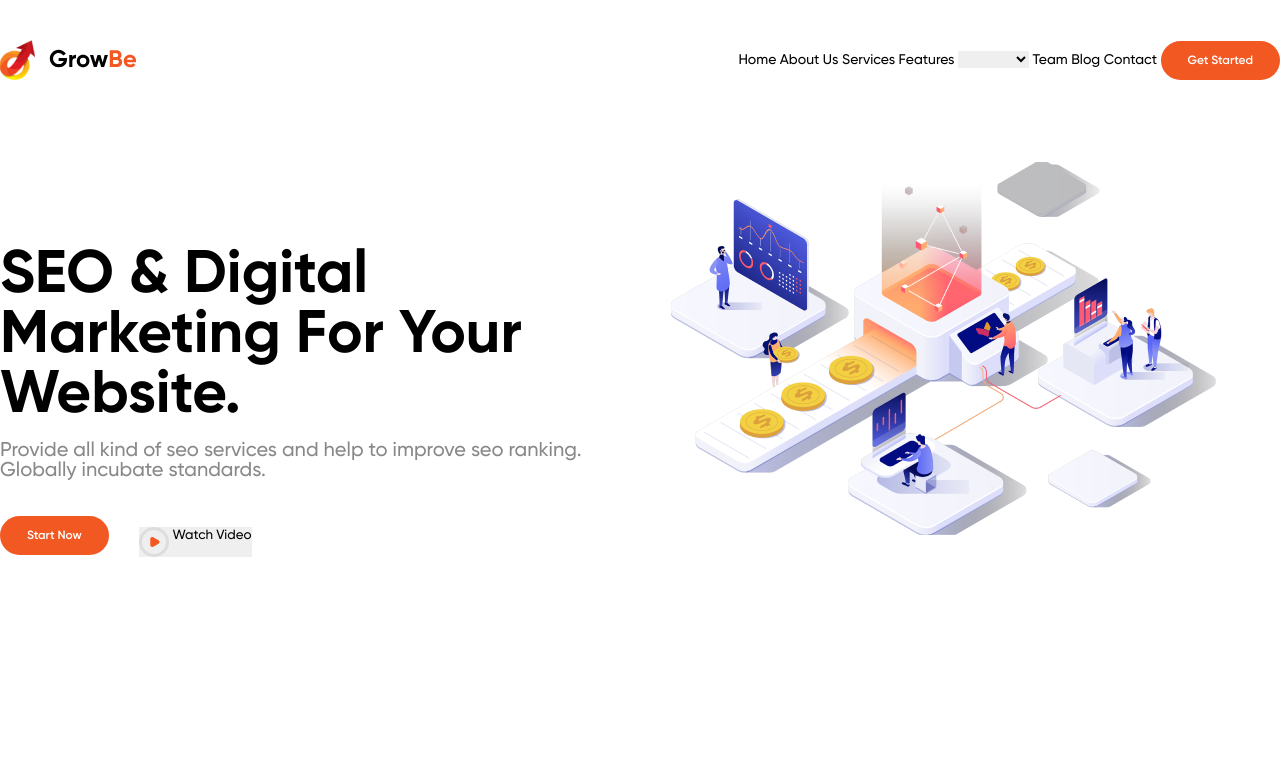
Repository: Alekseiy1980/GrowBe
Page: index.html
An editor plug-in stored every save of this project. The page is shown before and after the next save, followed by the edit.
The browser window is 1280 px wide. The pictures show the whole page.

Above is the page before, as saved 2024-01-20 13:41:53.

After the next save:
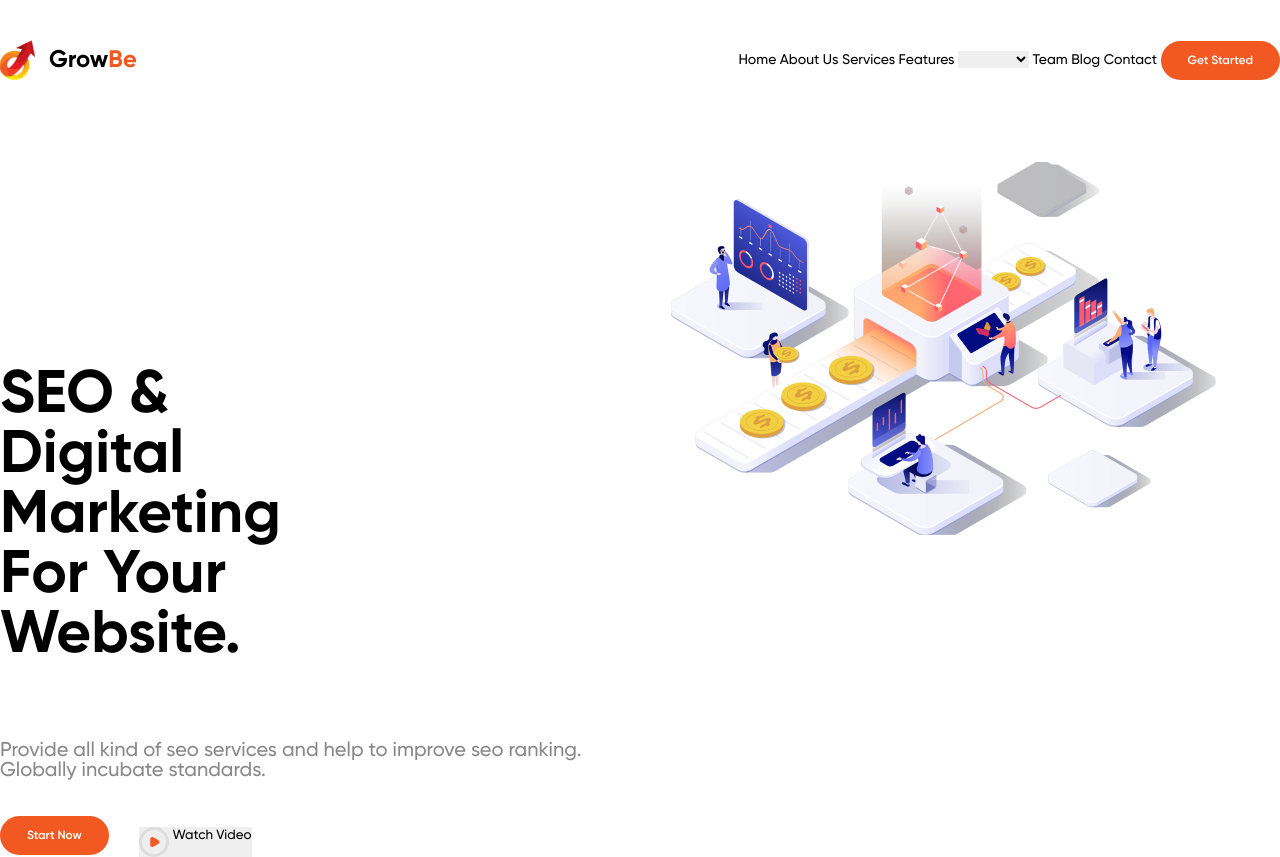
Saved 29 s later.
--- a/css/style.css
+++ b/css/style.css
@@ -75,8 +75,7 @@ header {
 
 .home_content{
     justify-content: center;
-    width: 400px;
-    white-space: pre-wrap;
+
 
 }
 
@@ -87,6 +86,8 @@ header {
     margin-bottom: 17px;
     padding-right: 40px;
     padding-top: 80px;
+    width: 400px;
+    white-space: pre-wrap;
 }
 
 .sub_title{
